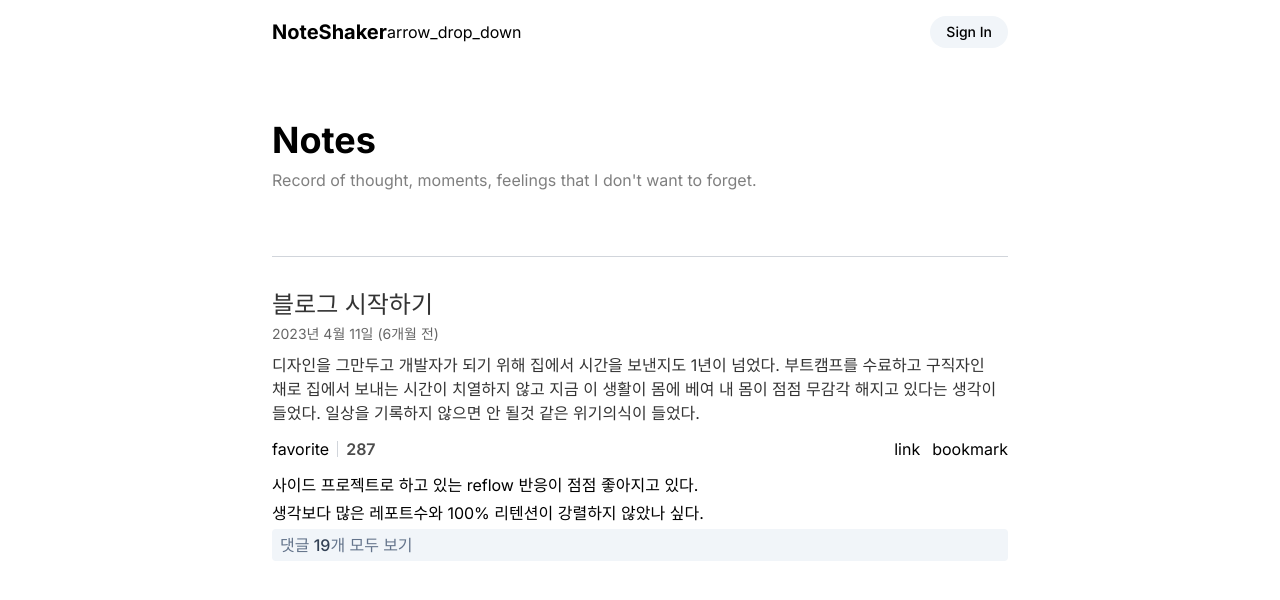
Repository: kwngmin/gongam
Page: /
The author's editor kept a copy of each file at every save. The page is drawn from the files as they stood at one save, then again after the next save.
The browser window is 1280 px wide. The pictures show the whole page.
The page's requests for data from a server got no answer. The project was rebuilt for these pictures with package versions that can differ from the ones it lists, and the page was loaded fresh each time. The framework's server and built-in components were replaced by stand-ins that run in the browser. No one was signed in, and anything a server would have sent is missing. Also part of the build but not shown: next.config.js, src/components/ui/icons/SearchIcon.tsx, src/components/Avatar.tsx, src/components/ui/DockButton.tsx, src/components/ui/Dockbar.tsx.

Above is the page before, as saved 2023-11-05 00:59:15.

After the next save:
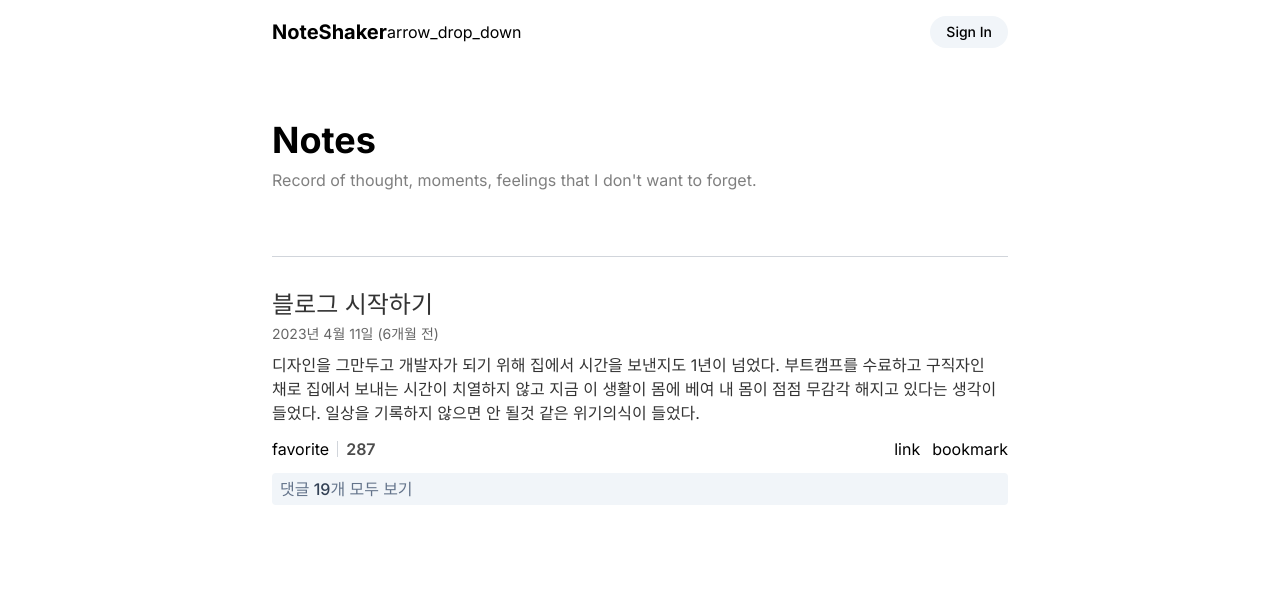
Saved 7 s later.
--- a/src/components/NotePost.tsx
+++ b/src/components/NotePost.tsx
@@ -30,8 +30,8 @@
         </div>
       </div>
       <div className='flex flex-col gap-1'>
-        <div>사이드 프로젝트로 하고 있는 reflow 반응이 점점 좋아지고 있다.</div>
-        <div>생각보다 많은 레포트수와 100% 리텐션이 강렬하지 않았나 싶다.</div>
+        {/* <div>사이드 프로젝트로 하고 있는 reflow 반응이 점점 좋아지고 있다.</div>
+        <div>생각보다 많은 레포트수와 100% 리텐션이 강렬하지 않았나 싶다.</div> */}
         <span className='cursor-pointer py-1 px-2 bg-slate-100 rounded text-slate-500 select-none font-medium'>
           {/* 댓글 달기 */}
           댓글 <span className='font-medium text-slate-700'>19</span>개 모두

After the save that followed:
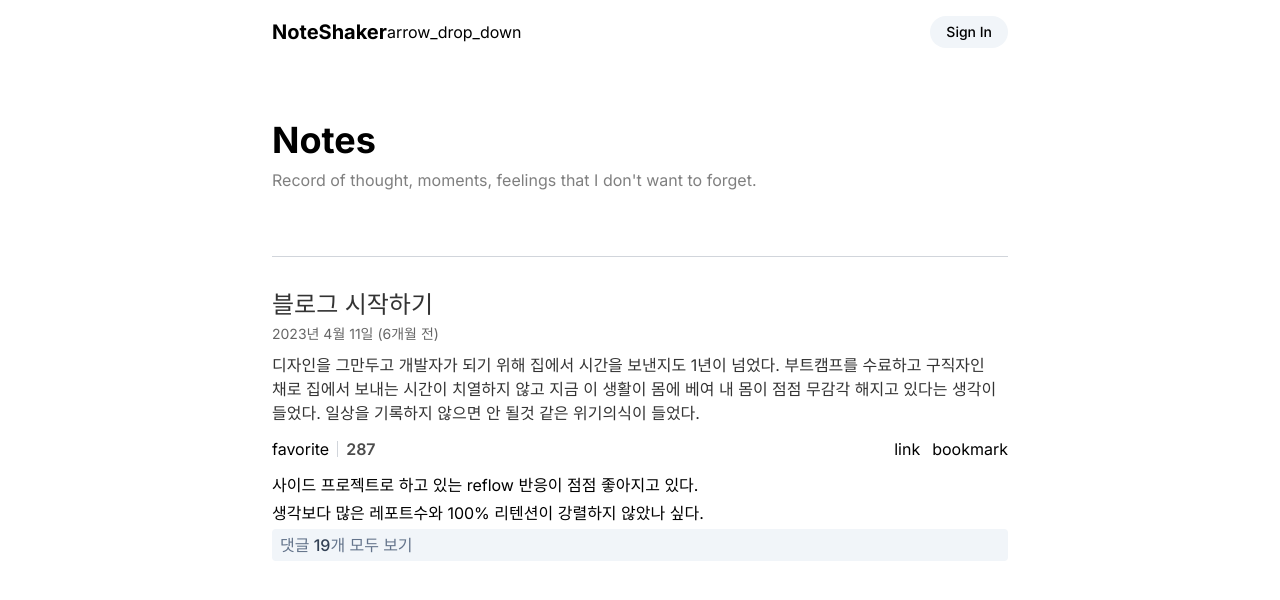
Saved 6 s later.
--- a/src/components/NotePost.tsx
+++ b/src/components/NotePost.tsx
@@ -30,8 +30,8 @@
         </div>
       </div>
       <div className='flex flex-col gap-1'>
-        {/* <div>사이드 프로젝트로 하고 있는 reflow 반응이 점점 좋아지고 있다.</div>
-        <div>생각보다 많은 레포트수와 100% 리텐션이 강렬하지 않았나 싶다.</div> */}
+        <div>사이드 프로젝트로 하고 있는 reflow 반응이 점점 좋아지고 있다.</div>
+        <div>생각보다 많은 레포트수와 100% 리텐션이 강렬하지 않았나 싶다.</div>
         <span className='cursor-pointer py-1 px-2 bg-slate-100 rounded text-slate-500 select-none font-medium'>
           {/* 댓글 달기 */}
           댓글 <span className='font-medium text-slate-700'>19</span>개 모두
